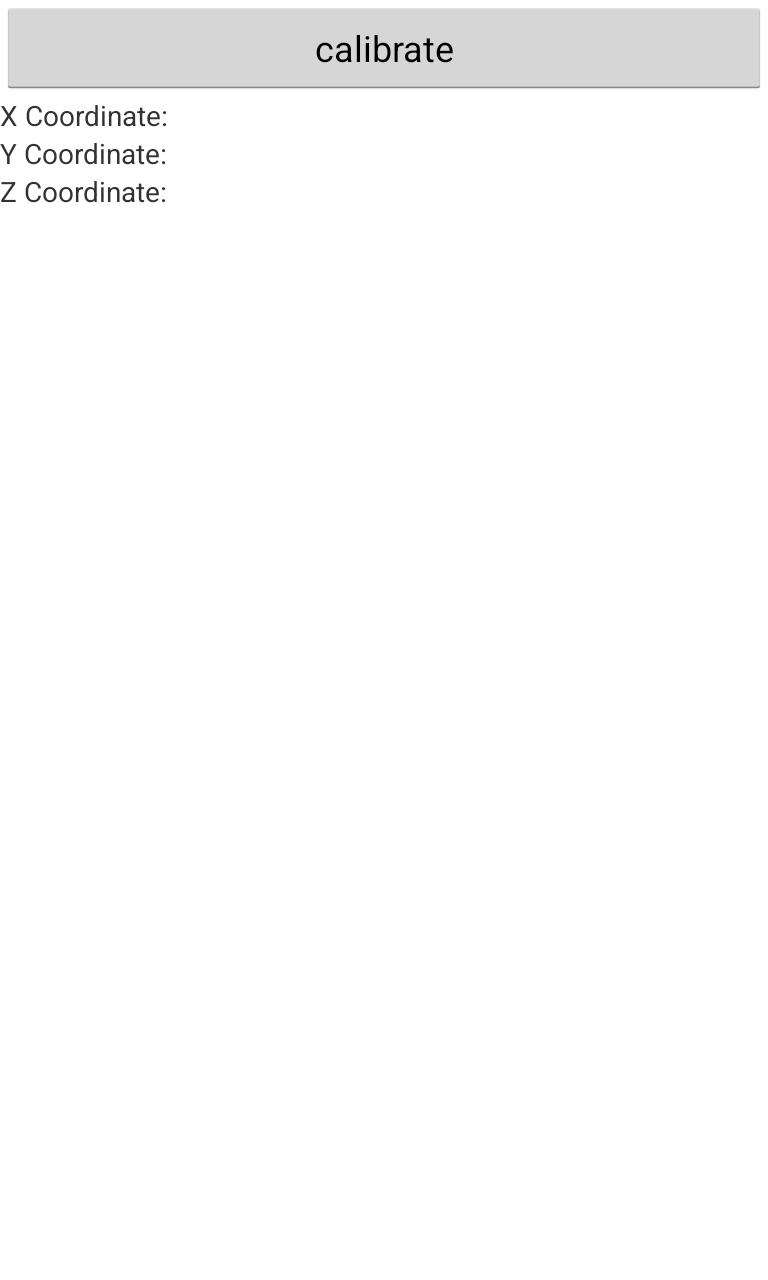
Repository: ayueh/hackmit
Layout: vibe/res/layout/activity_main.xml
The author's editor kept a copy of each file at every save. The layout is drawn from the files as they stood at one save, then again after a run of saves.
It is drawn on a 768 x 1280 px phone screen (xhdpi) without system bars, with theme AppTheme; the app's code is not run.

Above is the layout before, as saved 2013-10-05 23:45:23.

### vibe/res/layout/activity_main.xml
<?xml version="1.0" encoding="utf-8"?>
<TableLayout
	xmlns:android="http://schemas.android.com/apk/res/android"
	android:layout_width="fill_parent"
	android:layout_height="fill_parent">

    <Button
     android:layout_height="wrap_content"
     android:layout_width="wrap_content"
     android:text="calibrate"
     android:onClick="calibrate" />


	<TableRow>
	<TextView
		android:id="@+id/xcoor"
		android:text="X Coordinate: "
		android:layout_width="wrap_content"
		android:layout_height="wrap_content"
	/>
	</TableRow>

	<TableRow>
	<TextView
		android:id="@+id/ycoor"
		android:text="Y Coordinate: "
		android:layout_width="wrap_content"
		android:layout_height="wrap_content"
	/>
	</TableRow>

	<TableRow>
	<TextView
		android:id="@+id/zcoor"
		android:text="Z Coordinate: "
		android:layout_width="wrap_content"
		android:layout_height="wrap_content"
	/>
	</TableRow>

</TableLayout>

Loaded but not shown: vibe/res/values/styles.xml (common file); vibe/res/values-v11/styles.xml (common file); vibe/res/values-v14/styles.xml (common file)

After the next 2 saves:
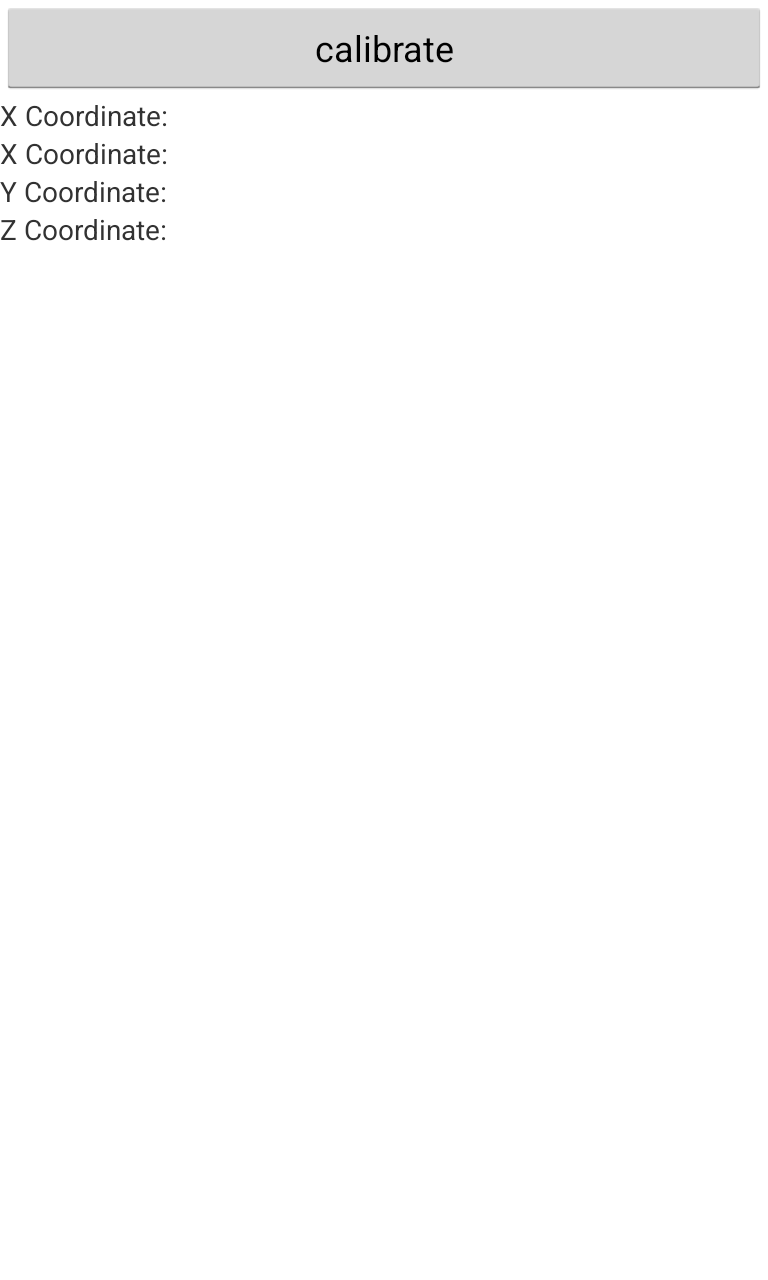
The 2 saves are shown as one change because they came seconds apart.
The last was saved 6 min 58 s later.
--- a/vibe/res/layout/activity_main.xml
+++ b/vibe/res/layout/activity_main.xml
@@ -10,6 +10,14 @@
      android:text="calibrate"
      android:onClick="calibrate" />
 
+	<TableRow>
+	<TextView
+		android:id="@+id/mag"
+		android:text="X Coordinate: "
+		android:layout_width="wrap_content"
+		android:layout_height="wrap_content"
+	/>
+	</TableRow>
 
 	<TableRow>
 	<TextView
